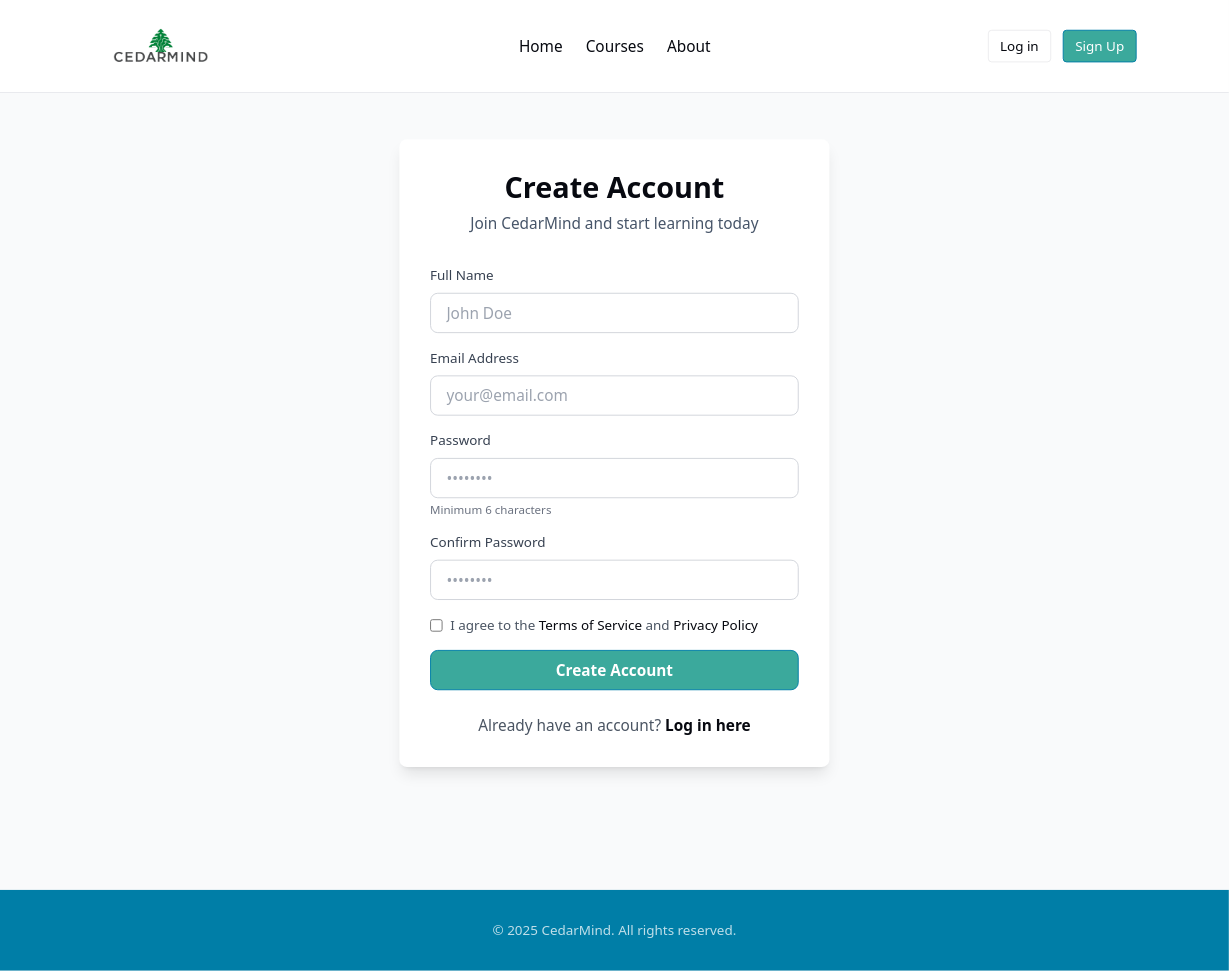
Repository: 1222aa/cedarmind
Page: http://localhost/signup.html
The author's editor kept a copy of each file at every save. The page is drawn from the files as they stood at one save, then again after the next save.
The browser window is 1280 px wide. The pictures show the whole page, at 96% of full size.
Some web libraries are served in a nearby version. The page is served by the project's Laravel application, run on PHP 8.4 with Laravel 12.

Above is the page before, as saved 2025-12-02 18:47:28.

After the next save:
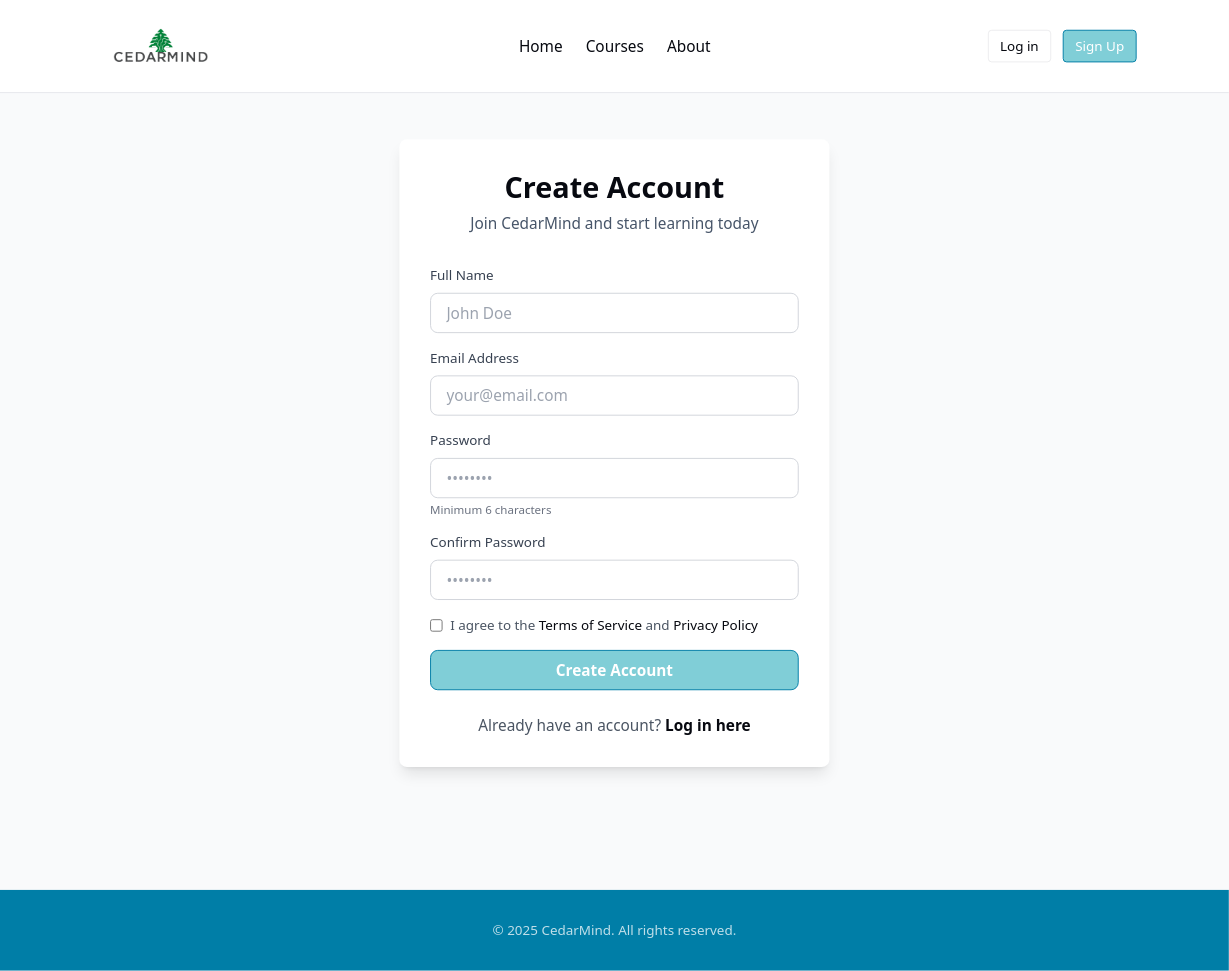
Saved 27 s later.
--- a/public/css/style.css
+++ b/public/css/style.css
@@ -7,8 +7,8 @@
 
 /* Cedar color palette variables (requested) */
 :root {
-	--cedar:#3BA99C;
-	--cedar-light:#69D1C5;
+	--cedar:#80CED7;
+	--cedar-light:#9AD1D4;
 	--cedar-dark:#007EA7;
 	--text-main: #070910;
 	--background-main: #f9fafb;
